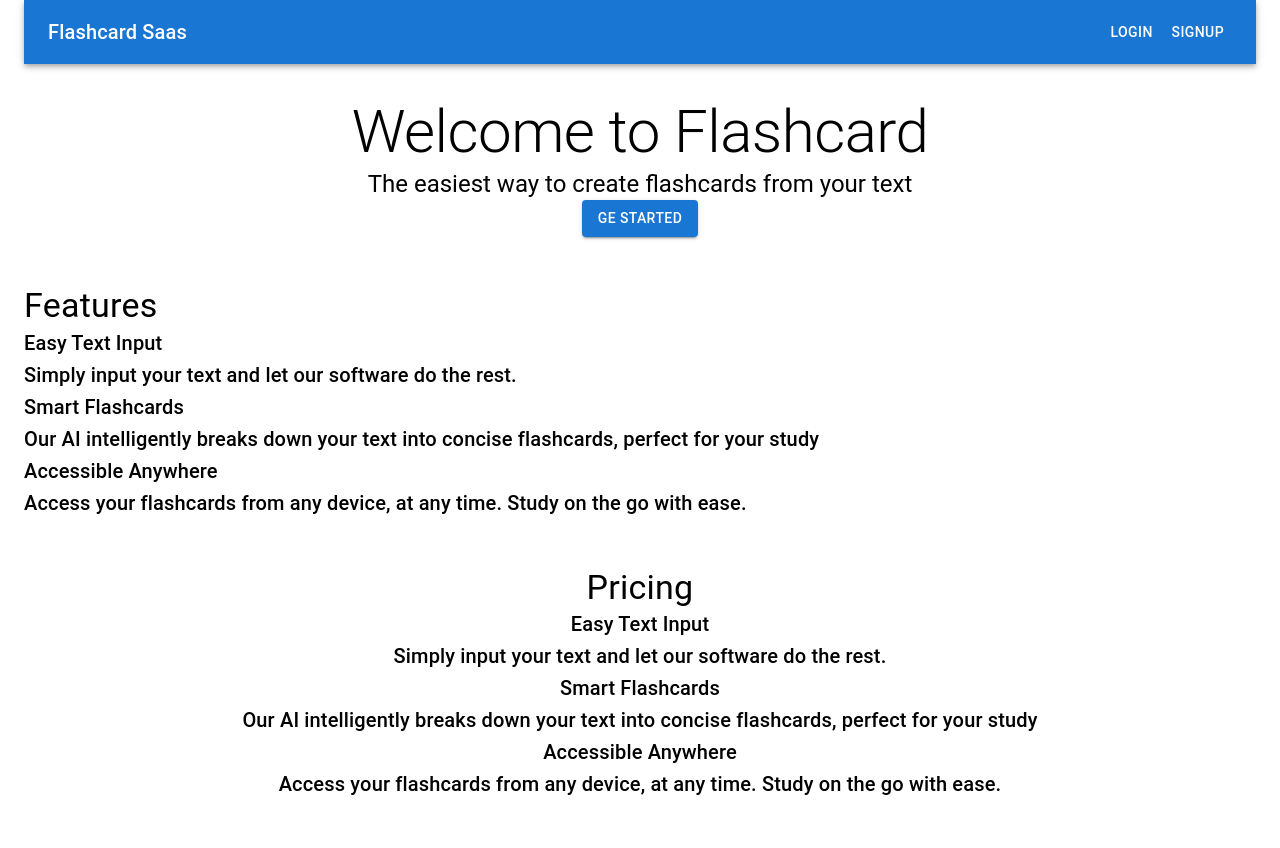
Repository: rakeshpuppala2590/AI-Flashcards-Stripe
Page: /
These files come from the project's save history. The page is drawn as it stood at one moment and after the next save; the edit follows.
The browser window is 1280 px wide. The pictures show the whole page.
The page's requests for data from a server got no answer. The project was rebuilt for these pictures with package versions that can differ from the ones it lists, and the page was loaded fresh each time. Some packages were replaced by stand-ins written for this rebuild. The framework's server and built-in components were replaced by stand-ins that run in the browser. No one was signed in, and anything a server would have sent is missing. Also part of the build but not shown: next.config.mjs.

Above is the page before, as saved 2024-08-12 15:00:58.

After the next save:
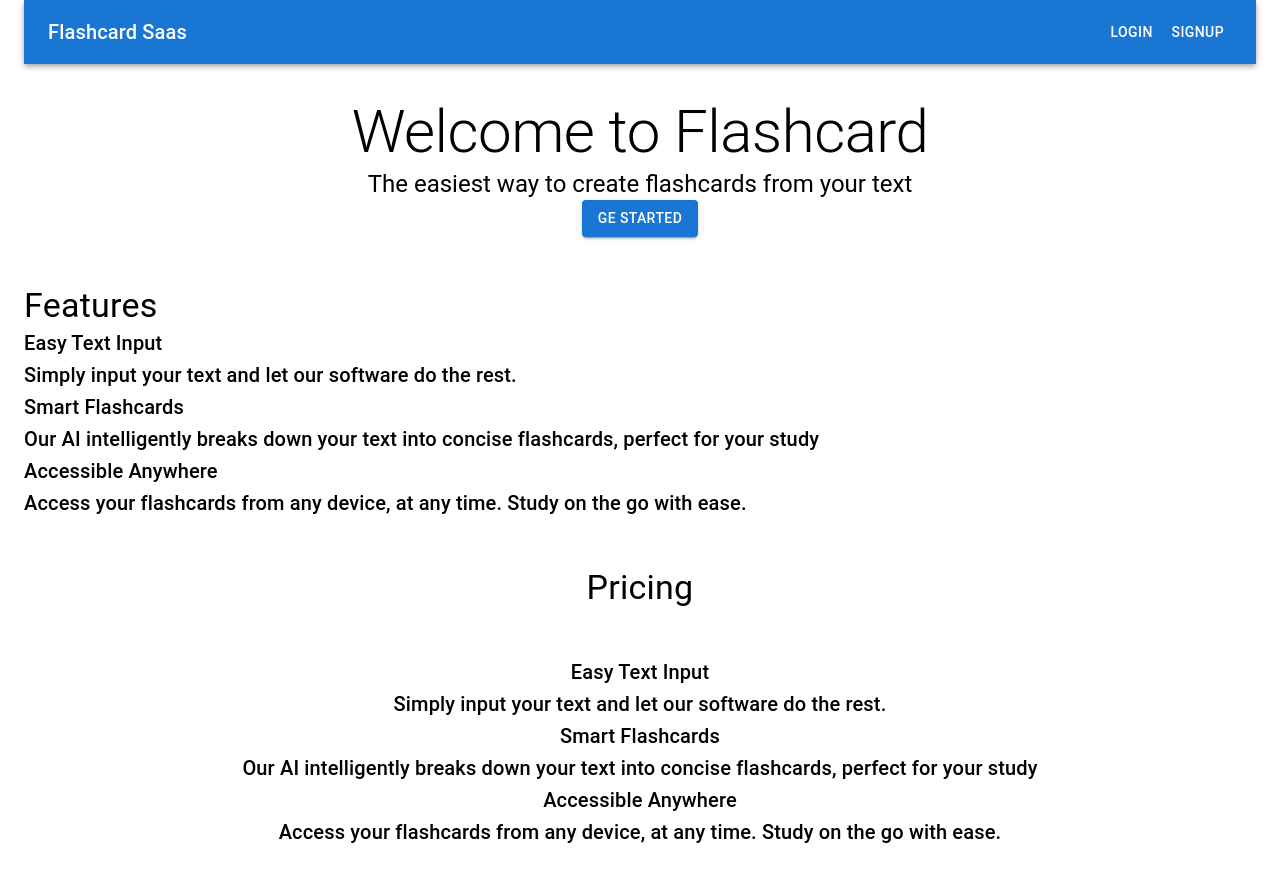
Saved 42 s later.
--- a/src/app/page.js
+++ b/src/app/page.js
@@ -87,6 +87,11 @@ export default function Home() {
         <Typography variant="h4">Pricing</Typography>
         <Grid contained spacing={4}>
           <Grid item xs={12} md={4}>
+            <Box
+              sx={{
+                p: 3,
+              }}
+            ></Box>
             <Typography variant="h6">Easy Text Input</Typography>
             <Typography variant="h6"> </Typography>
             <Typography variant="h6">
